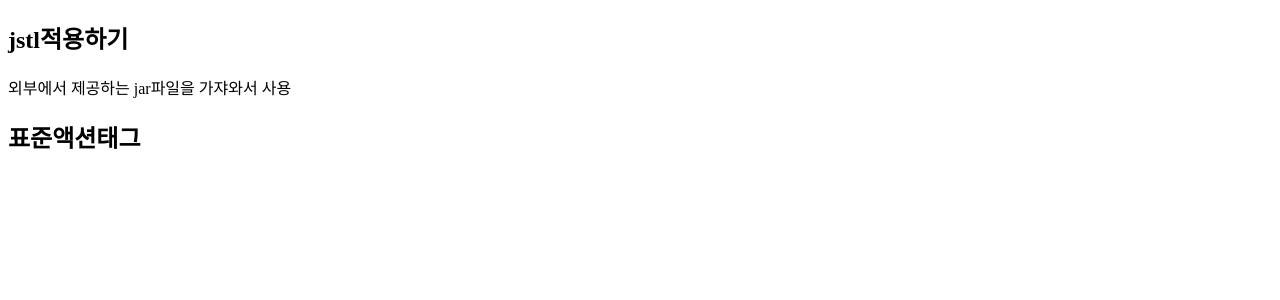
Repository: simjiho/week
Page: http://localhost/el_jstl/
These files come from the project's save history. The page is drawn as it stood at one moment and after the next save; the edit follows.
The browser window is 1280 px wide. The pictures show the whole page.
The page is served by Tomcat 9. Other server files are loaded and not shown.

Above is the page before, as saved 2024-04-20 05:03:27.

### workspace/el_jstl/src/main/webapp/index.jsp
<%@ page language="java" contentType="text/html; charset=UTF-8"
    pageEncoding="UTF-8"%>
<!-- 이용할 jstl 태그를 선언해야함 -->
<%@ taglib prefix="c" uri="http://java.sun.com/jsp/jstl/core" %>
<%@ taglib prefix="fmt" uri="http://java.sun.com/jsp/jstl/fmt" %>
<!DOCTYPE html>
<html>
<head>
<meta charset="UTF-8">
<title>jstl</title>
</head>
<body>
	<h2>jstl적용하기</h2>
	<p>외부에서 제공하는 jar파일을 가쟈와서 사용</p>

	<h2>표준액션태그</h2>
</body>
</html>

After the next save:
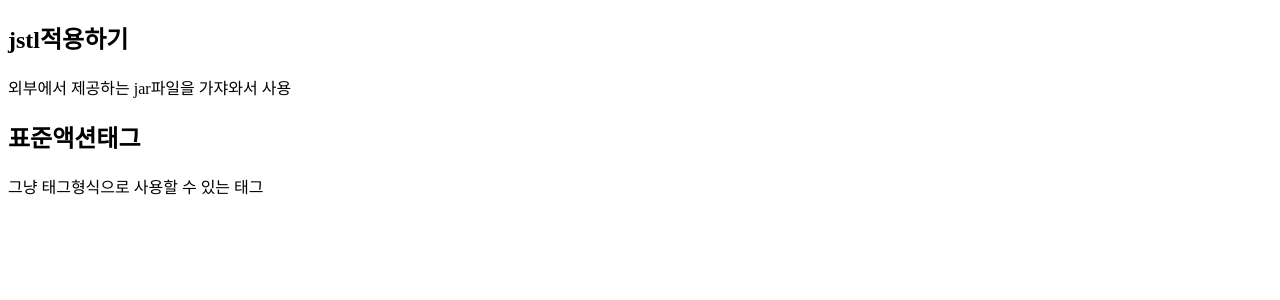
Saved 32 s later.
--- a/workspace/el_jstl/src/main/webapp/index.jsp
+++ b/workspace/el_jstl/src/main/webapp/index.jsp
@@ -14,5 +14,8 @@
 	<p>외부에서 제공하는 jar파일을 가쟈와서 사용</p>
 
 	<h2>표준액션태그</h2>
+	<p>
+		그냥 태그형식으로 사용할 수 있는 태그 <br>
+	</p>
 </body>
 </html>
